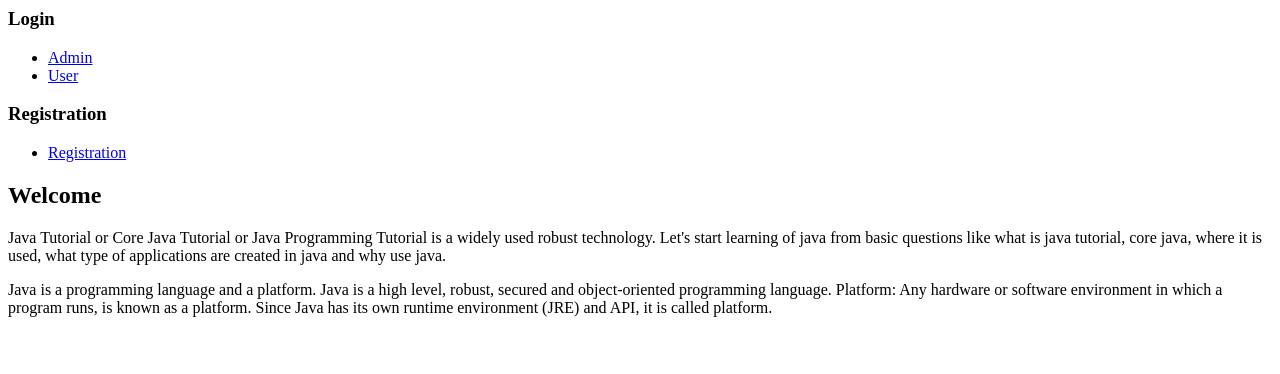
Repository: Dipak27/Dipak-s-front-end
Page: http://localhost/Traning_Management/maincontent.jsp
The author's editor kept a copy of each file at every save. The page is drawn from the files as they stood at one save, then again after the next save.
The browser window is 1280 px wide. The pictures show the whole page.
The page is served by Tomcat 9.

Above is the page before, as saved 2016-11-09 05:13:29.

After the next save:
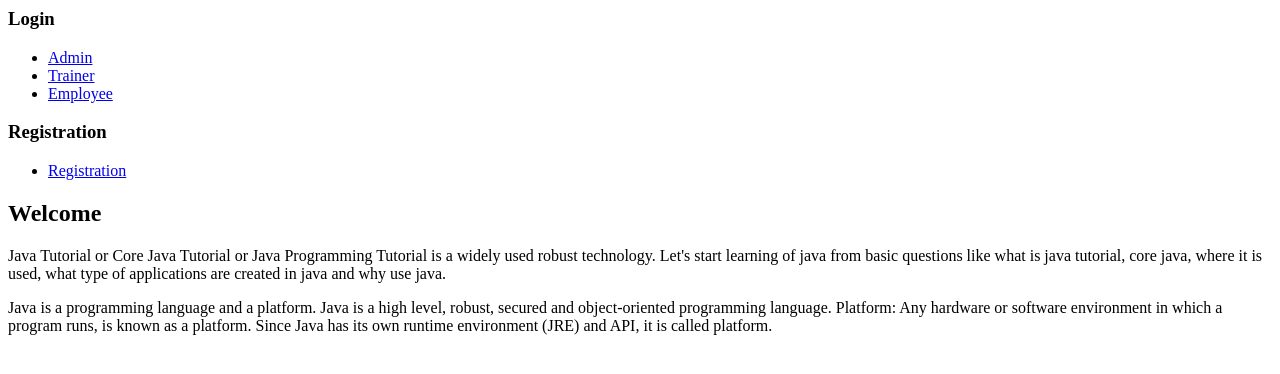
Saved 97 s later.
--- a/Training Management Project/Traning_Management/src/main/webapp/maincontent.jsp
+++ b/Training Management Project/Traning_Management/src/main/webapp/maincontent.jsp
@@ -9,8 +9,9 @@
 							<h3>Login</h3>
 								<div>
 									<ul>
-										<li><a href="adminlogin.jsp">Admin</a></li>
-										<li><a href="userlogin.jsp">User</a></li>
+										<li><a href="#">Admin</a></li>
+										<li><a href="#">Trainer</a></li>
+										<li><a href="#">Employee</a></li>
 									</ul>
 								</div>
 							<h3>Registration</h3>
